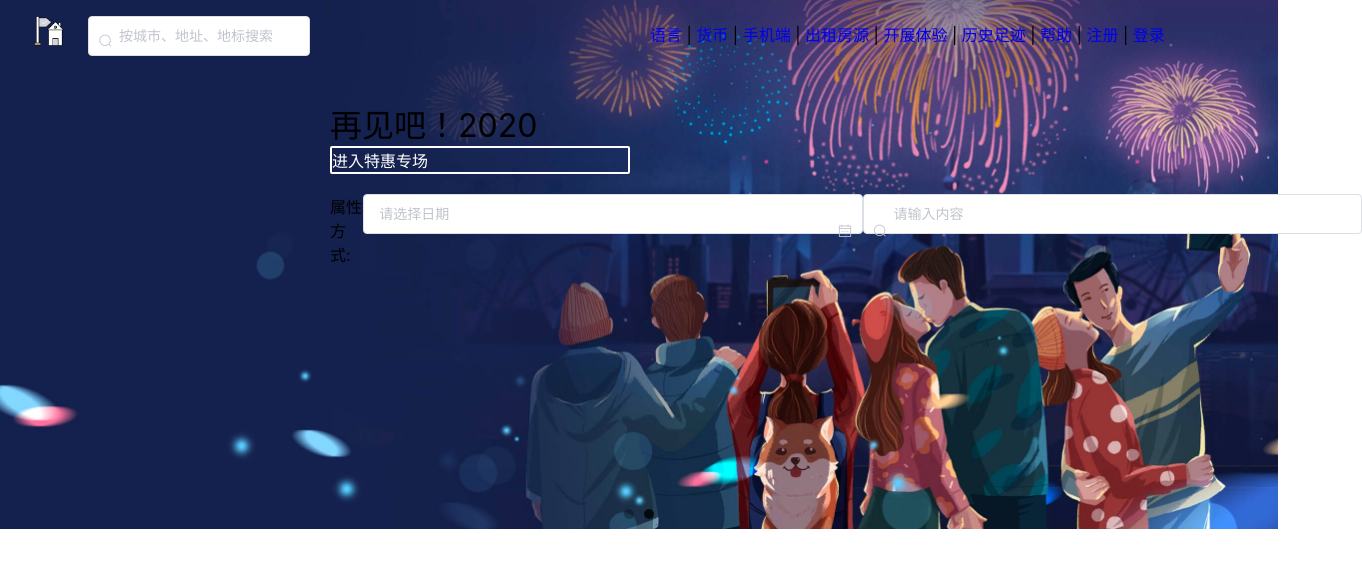
Repository: yz1181214391/my-airbnb
Page: /
These files come from the project's save history. The page is drawn as it stood at one moment and after the next save; the edit follows.
The browser window is 1280 px wide. The page is 1362 px wide, so the pictures cover 1362 px, including what lies to the right of the window. The pictures show the whole page.
The project was rebuilt for these pictures with package versions that can differ from the ones it lists, and the page was loaded fresh each time. Also part of the build but not shown: src/views/Language.vue, src/views/Currency.vue, src/views/Enter.vue, src/views/Experience.vue, src/views/Help.vue, src/views/History.vue, src/views/Mobile.vue, src/views/Register.vue and 1 more.

Above is the page before, as saved 2020-12-09 16:47:10.

### src/App.vue
<template>
  <div id="app">
    <div class="app-header">
      <Header/>
      <Banner class="banner"/>
    </div>

  </div>

</template>

<script>
import Banner from './components/Banner'
import Header from './components/Header'

export default {
   name: 'app',
  components:{
    Banner,
    Header
  }
}
</script>


<style lang="less">
// #app {
//   font-family: Avenir, Helvetica, Arial, sans-serif;
//   -webkit-font-smoothing: antialiased;
//   -moz-osx-font-smoothing: grayscale;
//   text-align: center;
//   color: #2c3e50;
// }

  html,body {margin: 0;padding: 0;height: 100%;width: 100%;}
  a {text-decoration: none;}
  body,div,dl,dt,dd,ul,ol,li,h1,h2,h3,h4,h5,h6,pre,form,fieldset,input,textarea,p,blockquote,th,td {margin: 0;padding: 0;}
  table {border-collapse: collapse;border-spacing: 0;}
  fieldset,img {border: 0;}
  address,caption,cite,code,dfn,em,strong,th,var {font-style: normal;font-weight: normal;}
  ol,ul {list-style: none;}
  caption,th {text-align: left;}
  h1,h2,h3,h4,h5,h6 {font-size: 100%;font-weight: normal;}
  q:before,q:after {content: '';}
  abbr,acronym {border: 0;}
  body{
      font-family: "Chinese Quote", -apple-system, BlinkMacSystemFont, "Segoe UI", "PingFang SC", "Hiragino Sans GB", "Microsoft YaHei", "Helvetica Neue", Helvetica, Arial, sans-serif, "Apple Color Emoji", "Segoe UI Emoji", "Segoe UI Symbol";
  }

  .banner{
    position: absolute;
    left: 0;
    top: 0;
    z-index: -1;
  }
</style>

### src/router/index.js
import Vue from 'vue'
import VueRouter from 'vue-router'

import Language from '../views/Language.vue'
import Currency from '../views/Currency.vue'
import Enter from '../views/Enter.vue'
import Experience from '../views/Experience.vue'
import Help from '../views/Help.vue'
import History from '../views/History.vue'
import Mobile from '../views/Mobile.vue'
import Register from '../views/Register.vue'
import Room from '../views/Room.vue'



Vue.use(VueRouter)

const routes = [
  // {
  //   path: '/',
  //   name: 'Language',
  //   component: Language
  // },
  // {
  //   path: '/Currency',
  //   name: 'Currency',
  //   // route level code-splitting
  //   // this generates a separate chunk (about.[hash].js) for this route
  //   // which is lazy-loaded when the route is visited.
  //   component: () => import(/* webpackChunkName: "about" */ '../views/Currency.vue')
  // }
  { path : '/Language', component : Language},
  { path : '/Currency', component : Currency},
  { path : '/Enter', component : Enter},
  { path : '/Experience', component : Experience},
  { path : '/Help', component : Help},
  { path : '/History', component : History},
  { path : '/Mobile', component : Mobile},
  { path : '/Register', component : Register},
  { path : '/Room', component : Room},
]

const router = new VueRouter({
  mode: 'history',
  base: process.env.BASE_URL,
  routes
})

export default router

### src/components/Banner.vue
<template>
  <div class="banner-box">
      <div class="banner">
          <img v-for="(v,i) in img " :key="i" :src="v" v-show="i==n" alt="">
          <div class="banner-circle">
              <ul>
                 <li v-for="(v,i) in img" :key="i" :class="i==n ? 'selected' : ''"></li>
              </ul>
          </div>
      </div>
  </div>
</template>

<script>
export default {
  data (){
      return{
          n:0,
          img:[
              require("../assets/img/banner1.jpg"),
              require("../assets/img/banner2.jpeg")
          ]
      }
  },
  methods : {
      fun:function(){
          setInterval(this.play,5000)
      },
      play:function(){
          this.n++;
          if(this.n == this.img.length){
              this.n = 0
          }
      }
  },
  mounted:function(){
          this.fun()
      }
}
</script>
<style>
    .banner-box{
      width: 100%;
      height: 529px;
    }
    ul{
        list-style-type: none;
    }
    .banner{
        position: relative;
    }
    .banner .banner-circle{
        position: absolute;
        bottom: 5px;
        left: 0;
        right: 0;
        color: #ffffff;
    }
    .banner .banner-circle li{
        display: inline-block;
        background: rgba(0,0,0,0.3);
        border-radius: 50%;
        padding: 5px;
        margin: 5px;
    }
    .banner .banner-circle ul{
        text-align: center;
    }
    .banner .banner-circle .selected{
        background: rgba(0,0,0,0.8);
    }
    .banner img{
        width: 100%;
        height: 529px;
        margin: 0;
        padding: 0;
    }
</style>

### src/components/Header.vue
<template>
    <div class="airbnb-box">
      <el-row :gutter="20">
        <el-col :span="6">
          <div class="grid-content bg-purple" style="display:flex">
            <a href="###"><img class="logo" src="../assets/img/012-zhandian.png" alt=""></a>
            <el-input v-model="input" style="width: 460px;height: 48px;" prefix-icon='el-icon-search' placeholder="按城市、地址、地标搜索"></el-input>
          </div>
        </el-col>
        <el-col :span="12" :offset="6">
          <div class="grid-content bg-purple">
            <router-link to="/Language">语言</router-link> |
            <router-link to="/Currency">货币</router-link> |
            <router-link to="/Mobile">手机端</router-link> |
            <router-link to="/Room">出租房源</router-link> |
            <router-link to="/Experience">开展体验</router-link> |
            <router-link to="/History">历史足迹</router-link> |
            <router-link to="/Help">帮助</router-link> |
            <router-link to="/Register">注册</router-link> |
            <router-link to="/Enter">登录</router-link>
          </div>
        </el-col>
      </el-row>
      <el-row :gutter="20">
        <el-col :span="6" :offset="6">
          <div class="grid-content bg-purple">
            <h1 style="font-size:32px">再见吧！2020</h1>
            <div style="border:2px solid #ffff;border-radius:2px;color:#fff">进入特惠专场</div>
          </div>
        </el-col>
        <el-col :span="6" :offset="6"><div class="grid-content bg-purple"></div></el-col>
      </el-row>
      <el-row :gutter="20">
        <el-col :span="12" :offset="6" >
          <div class="grid-content bg-purple">
            <div class="demo-input-suffix" style="display:flex;width:1032px;height:72px;">
              属性方式:
              <el-input
                placeholder="请选择日期"
                suffix-icon="el-icon-date"
                v-model="input2">
              </el-input>
              <el-input
                placeholder="请输入内容"
                prefix-icon="el-icon-search"
                v-model="input21">
              </el-input>
            </div>
          </div>
        </el-col>
      </el-row>
    </div>
</template>

<script>
// import Banner from './components/Banner'
export default {
    data(){
      return {
        input:'',
        input2:'',
        input21:'',
      }
    }
  // components:{
  //   Banner
  // }
}
</script>


<style lang="less">

.airbnb-box{
    width: 100%;
    height: 529px;

    // background-color: #cccccc;
  }

.el-row {
    margin-bottom: 20px;
    margin-left: 0 !important;
    margin-right: 0 !important;
    display: flex;
    &:first-child{

      align-items: center;
      width: 100%;
      height: 80px;
      // background-color: #99a9bf;
    }
    &:last-child {
      margin-bottom: 0;
    }
  }
  .el-col {
    border-radius: 4px;
  }
  .bg-purple-dark {
    background: #99a9bf;
  }
  .bg-purple {
    // background: #d3dce6;
  }
  .bg-purple-light {
    background: #e5e9f2;
  }
  .grid-content {
    border-radius: 4px;
    min-height: 36px;
  }
  .row-bg {
    padding: 10px 0;
    background-color: #f9fafc;
  }


.logo{
  width: 30px;
  height: 30px;
  margin: 0 24px;
}
</style>

Loaded but not shown: public/index.html (common file); src/main.js (common file); src/store/index.js (common file)

After the next save:
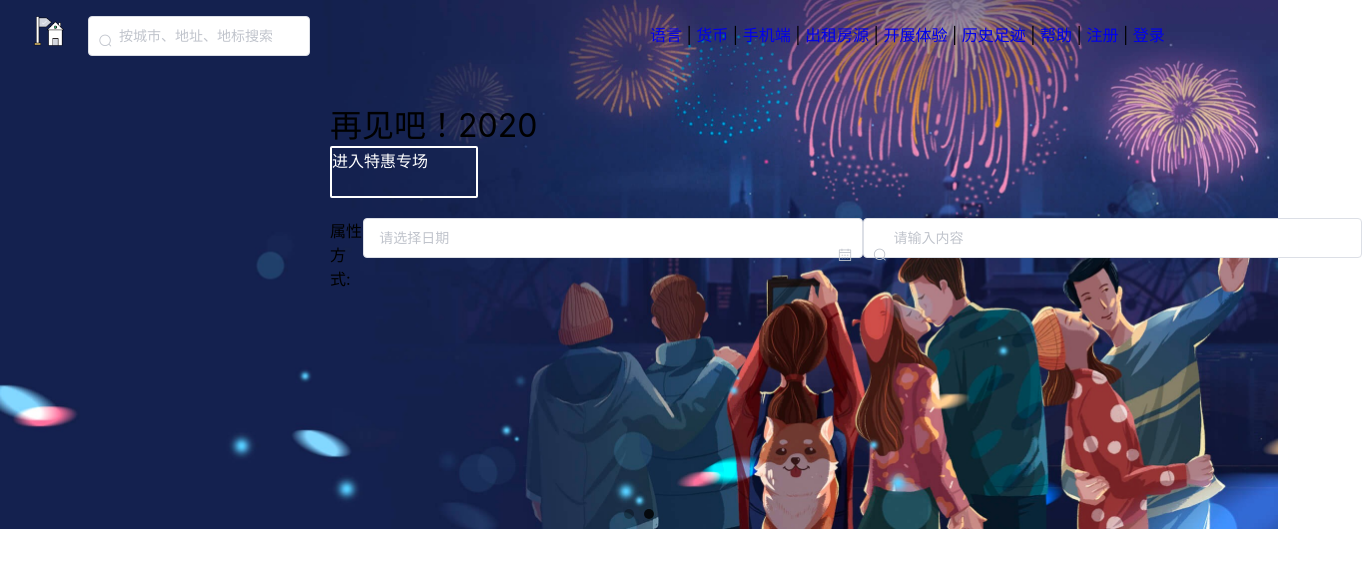
Saved 45 s later.
--- a/src/components/Header.vue
+++ b/src/components/Header.vue
@@ -25,7 +25,7 @@
         <el-col :span="6" :offset="6">
           <div class="grid-content bg-purple">
             <h1 style="font-size:32px">再见吧！2020</h1>
-            <div style="border:2px solid #ffff;border-radius:2px;color:#fff">进入特惠专场</div>
+            <div style="width:144px;height:48px;border:2px solid #ffff;border-radius:2px;color:#fff">进入特惠专场</div>
           </div>
         </el-col>
         <el-col :span="6" :offset="6"><div class="grid-content bg-purple"></div></el-col>
